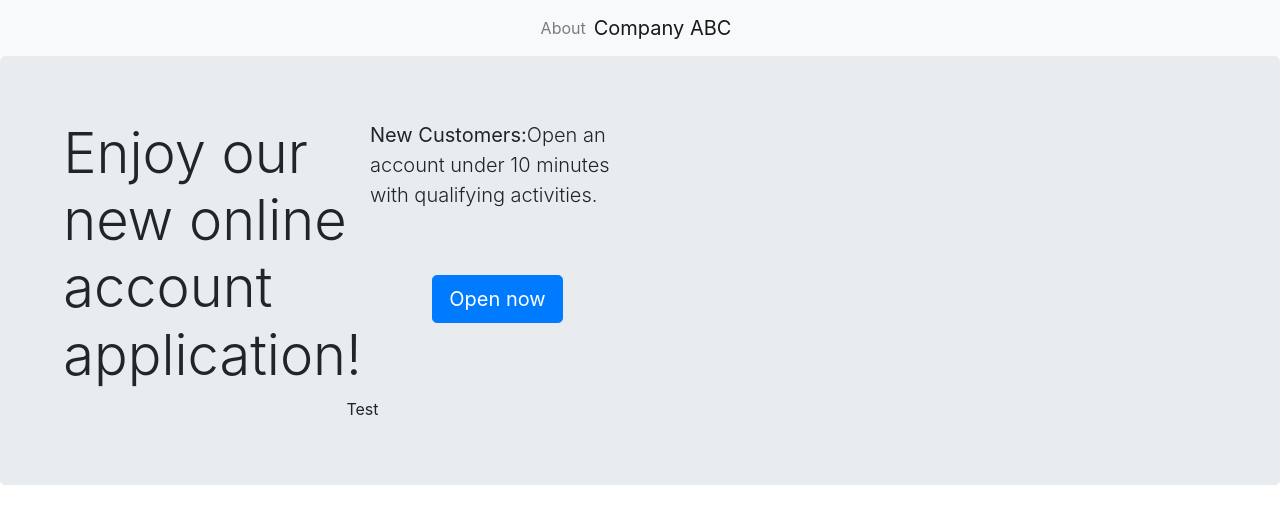
Repository: barriosan95/banking-opening-account-demo
Page: http://localhost/
The author's editor kept a record of every edit. The page is drawn from the files as they stood at one moment, then again after the next edit.
The browser window is 1280 px wide. The pictures show the whole page.
Some web fonts or font styles are not loaded; a fallback is used. Some web libraries are served in a nearby version. The page is served by the project's Node server (index.js).

Above is the page before.

### views/main.ejs
<% include ./partials/header %>

<div class="jumbotron">
    <div class = "container">
        <div class ="row">
            <div class ="col-md-3 d-flex flex-column align-items-center">
                <h4 class="display-4">Enjoy our new online account application!</h4>
            </div>
            <div class ="col-md-3 d-flex flex-column align-items-center">
                  <p class="lead"><b>New Customers:</b>Open an account under 10 minutes with qualifying activities.</p>
                    <hr class="my-4">
                    <p class="lead">
                    <a class="btn btn-primary btn-lg" href="#" role="button">Open now</a>
                </p>
            </div>

            </div>

            <div class ="col-md-6 d-flex flex-column align-items-center">
                Test
            </div>
        </div>
    </div>
</div>


<% include ./partials/footer %>

### views/partials/header.ejs
<!DOCTYPE HTML!>
<html>

    <head>


        <!--CDN Bootstrap v4.1.3-->
        <link rel="stylesheet" href="https://stackpath.bootstrapcdn.com/bootstrap/4.1.3/css/bootstrap.min.css">
        <link rel="stylesheet" href="https://cdnjs.cloudflare.com/ajax/libs/font-awesome/4.7.0/css/font-awesome.min.css">

        <!--font -->
        <link href="https://fonts.googleapis.com/css?family=Muli:200,300,400,700,800" rel="stylesheet">

        <!--Will ensure proper responsivness on mobile devices-->
        <meta name="viewport" content="width=device-width, initial-scale=1, shrink-to-fit=no">

        <title> Banking OA Demo </title>

        <meta name="viewport" content="width=device-width, initial-scale=1, maximum-scale=1, user-scalable=no">

    </head>

    <body>

    <!--NAVBAR-->
        <nav class="navbar navbar-expand-lg navbar-light bg-light">
            <button class="navbar-toggler" type="button" data-toggle="collapse" data-target="#navbarNavDropdown" aria-controls="navbarNavDropdown" aria-expanded="false" aria-label="Toggle navigation">
                <span class="navbar-toggler-icon"></span>
            </button>

            <div class="collapse navbar-collapse" id="navbarNavDropdown">
                <ul class="navbar-nav mx-auto">
                    <li class="nav-item">
                        <a class="nav-link" href="#about">About <span class="sr-only">(current)</span></a>
                    </li>
                    <a class="navbar-brand" href="/"> Company ABC </a>

                </ul>
            </div>
        </nav>

### views/partials/footer.ejs

        <!--Bootstrap js scripts-->
        <script src="https://code.jquery.com/jquery-3.3.1.min.js" integrity="sha256-FgpCb/KJQlLNfOu91ta32o/NMZxltwRo8QtmkMRdAu8="crossorigin="anonymous"></script>
        <script src="https://cdnjs.cloudflare.com/ajax/libs/popper.js/1.12.9/umd/popper.min.js" integrity="sha384-ApNbgh9B+Y1QKtv3Rn7W3mgPxhU9K/ScQsAP7hUibX39j7fakFPskvXusvfa0b4Q" crossorigin="anonymous"></script>
        <script src="https://maxcdn.bootstrapcdn.com/bootstrap/4.0.0/js/bootstrap.min.js" integrity="sha384-JZR6Spejh4U02d8jOt6vLEHfe/JQGiRRSQQxSfFWpi1MquVdAyjUar5+76PVCmYl" crossorigin="anonymous"></script>
        <!--JS SCIPTs -->

        <script src="/js/forms.js"></script>
        <script src="https://cdn.jsdelivr.net/npm/jquerykeyframes@1.0.5/dist/jquery.keyframes.min.js"></script>

    </body>
</html>

### index.js
const express = require('express');


const mainRoutes = require('./routes/main');

//APP CONFIGURATIONS
var app = express();
    app.set('view engine','ejs');
    app.use(mainRoutes);





app.listen(process.env.PORT,process.env.IP,function(){
    console.log('Server established.');
});

### routes/main.js
const express = require('express');

const router = express.Router();

router.get("/", function(req,res){
    res.render('main');
});


module.exports = router;

Loaded but not shown: public/js/forms.js (no copy from this time; the picture is the same without it)

After the next edit:
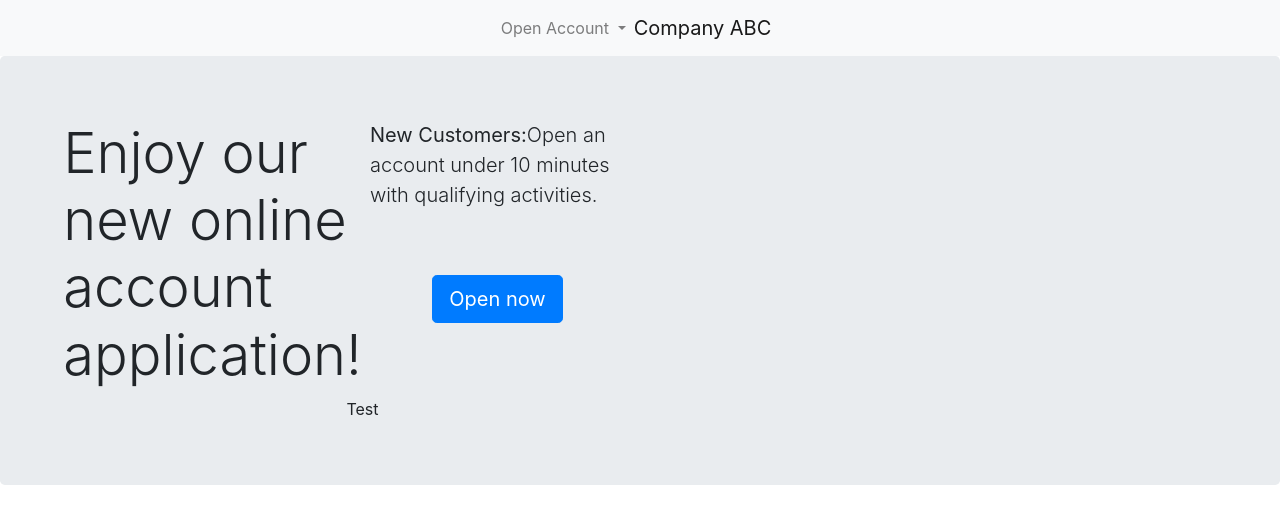
The edit:
--- a/views/partials/header.ejs
+++ b/views/partials/header.ejs
@@ -30,8 +30,16 @@
 
             <div class="collapse navbar-collapse" id="navbarNavDropdown">
                 <ul class="navbar-nav mx-auto">
-                    <li class="nav-item">
-                        <a class="nav-link" href="#about">About <span class="sr-only">(current)</span></a>
+                    <li class="nav-item dropdown">
+                        <a class="nav-link dropdown-toggle" href="#" id="navbarDropdown" role="button" data-toggle="dropdown">
+                            Open Account
+                        </a>
+                        <div class="dropdown-menu" aria-labelledby="navbarDropdown">
+                          <a class="dropdown-item" href="#">Checking Accounts</a>
+                          <a class="dropdown-item" href="#">Savings Accounts </a>
+                          <div class="dropdown-divider"></div>
+                          <a class="dropdown-item" href="#">Something else here</a>
+                        </div>
                     </li>
                     <a class="navbar-brand" href="/"> Company ABC </a>
 
